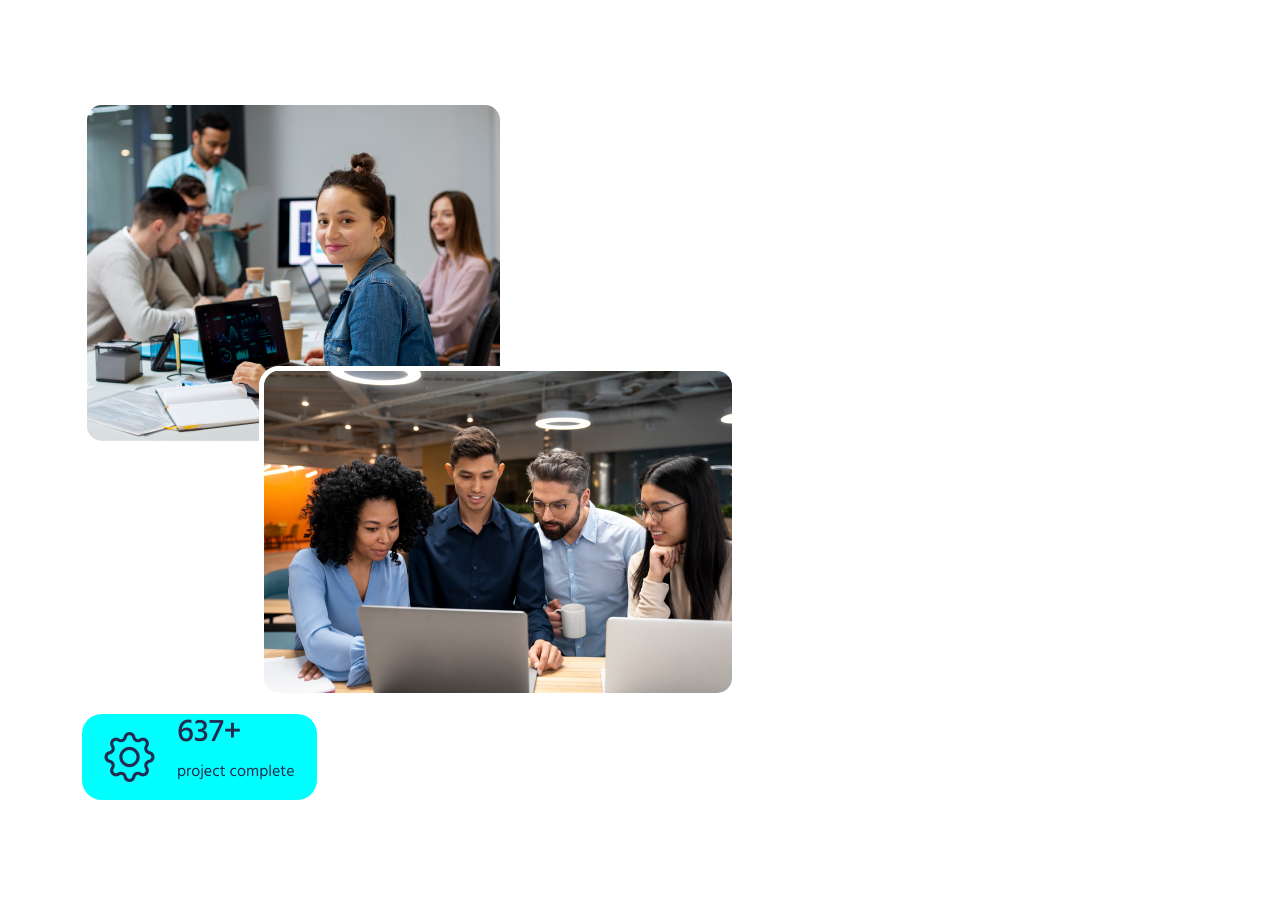
Repository: tagnam/mirehel2.0
Page: about.html
The author's editor kept a copy of each file at every save. The page is drawn from the files as they stood at one save, then again after a run of saves.
The browser window is 1280 px wide. The pictures show the whole page.

Above is the page before, as saved 2025-02-03 12:08:20.

After the next 2 saves:
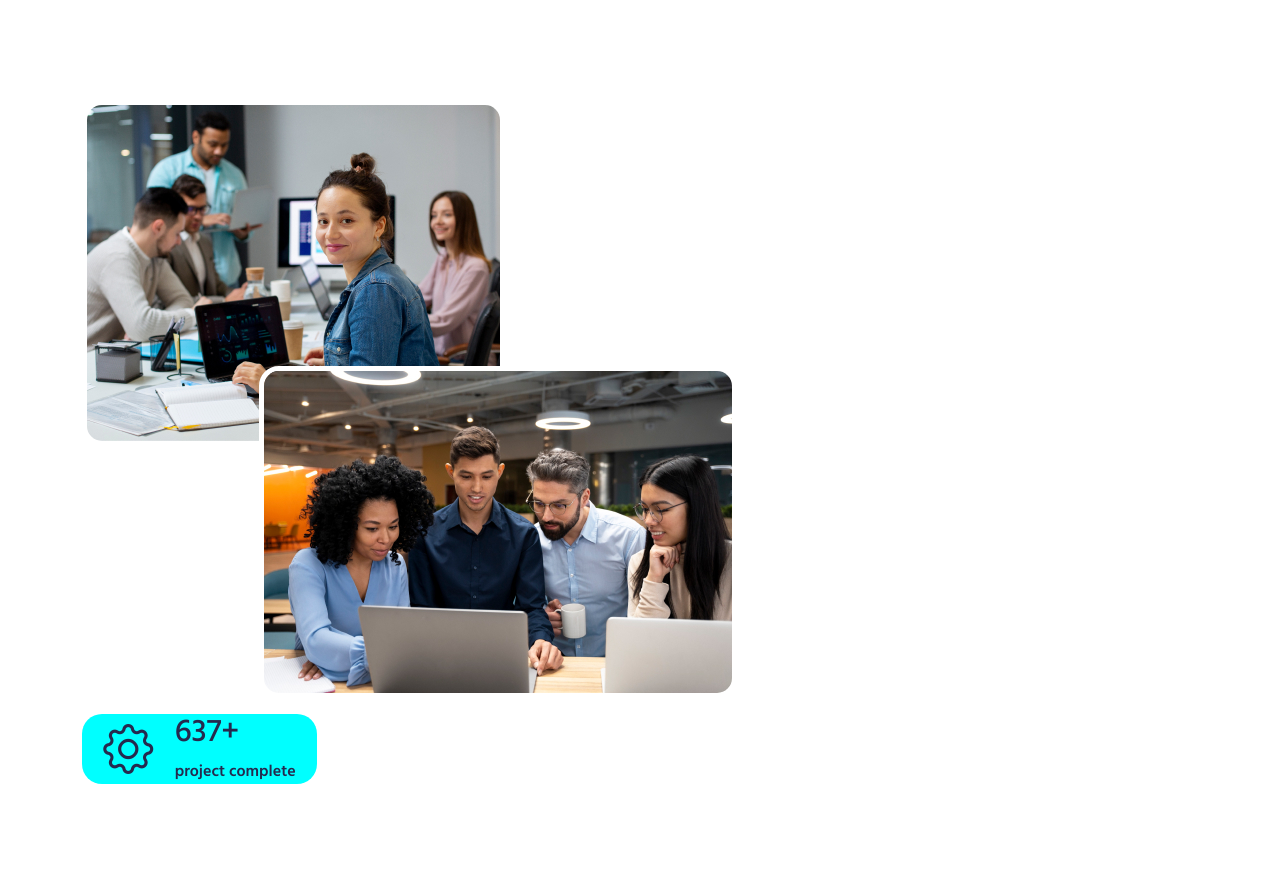
The 2 saves are shown as one change because they came seconds apart.
The last was saved 42 s later.
--- a/style/css/style.css
+++ b/style/css/style.css
@@ -470,5 +470,7 @@ linear-gradient(180deg, red 0%, #00000000 90.04%) border-box;
 }
 
 .project-number p{
-
-}
+    margin: unset;
+    font-weight: 600;
+
+}
